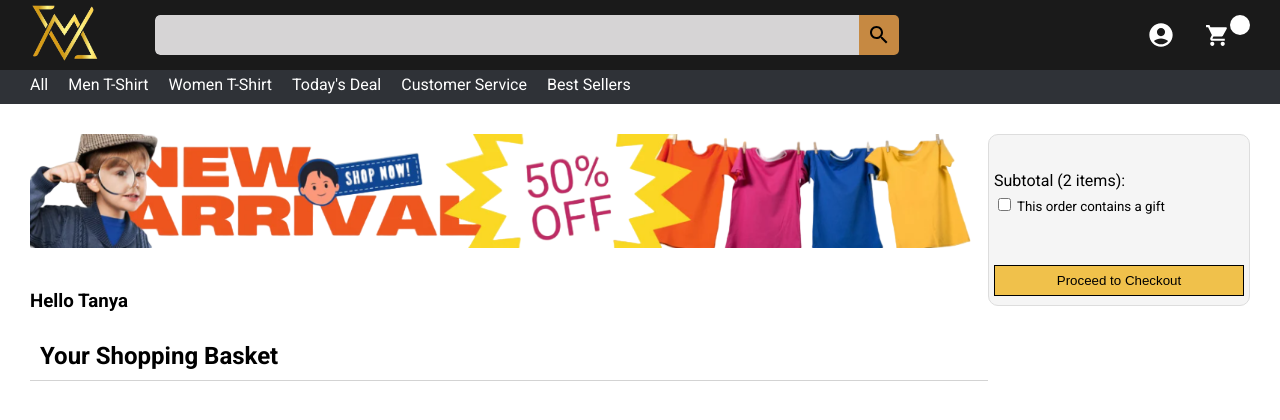
Repository: RiwanshiSoni/MatraVastra
Page: /cart
An editor plug-in stored every save of this project. The page is shown before and after the next save, followed by the edit.
The browser window is 1280 px wide. The pictures show the whole page.
The page's requests for data from a server got no answer. The project was rebuilt for these pictures with package versions that can differ from the ones it lists, and the page was loaded fresh each time. No one was signed in, and anything a server would have sent is missing. Also part of the build but not shown: vite.config.js, src/Product.jsx, src/Login.jsx, src/Slider.jsx, src/SignUp.jsx, src/css/banner.css, src/Banner.jsx.

Above is the page before, as saved 2024-08-29 19:57:30.

### index.html
<!doctype html>
<html lang="en">
  <head>
    <meta charset="UTF-8" />
    <link rel="icon" type="image" href="./logo004.jpg" />
    <meta name="viewport" content="width=device-width, initial-scale=1.0" />
    <meta name="theme-color" content="#000000"/>
    <meta name="description" content="Web site created using create-react-app"  />

    <title>MatraVastra</title>
  </head>
  <body>
    <div id="root"></div>
    <script type="module" src="/src/main.jsx"></script>
  </body>
</html>

### src/main.jsx
import { StrictMode } from 'react'
import { createRoot } from 'react-dom/client'
import App from './App.jsx'
import './index.css'

createRoot(document.getElementById('root')).render(
  <StrictMode>
    <App />

  </StrictMode>
)

### src/App.jsx
import { BrowserRouter as Router, Routes, Route } from 'react-router-dom';
import Header from "./Header";
import Product from "./Product";
import ShoppingCart from './ShoppingCart';
import SignUp from './SignUp';
import Login from './Login'
import Banner from "./Banner";
import './App.css';
import commerce from './lib/commerce';
import { useEffect, useState } from 'react';
import { Switch } from '@mui/material';


function App() {
  const [productsList, setProductsList] = useState([]);
  const [cart, setCart] = useState(1);


const fetchProducts = async()=>{
  const response = await commerce.products.list()
  setProductsList(response.data)
}
const fetchCart = async()=>{
setCart(await commerce.cart.retrieve())
}


const addToCart = async(productId,  quantity)=>{
  console.log('addTocart Started ')
  const response = await commerce.cart.add(productId, quantity)
  console.log(response);
  // console.log(response.cart);
  setCart(cart+1)
}


useEffect(() => {
  fetchProducts();
  fetchCart();
  // Fetch the cart initially
}, []);

  return (
    <Router>
      <div className='App'>
        <Header cart={cart} />

        <Routes>
          <Route
            exact
            path="/"
            element={
              <>
                <div className='banner'>
                  <Banner />
                </div>
                <Product productsList = {productsList}  addToCart = {addToCart}
                />

              </>
            }
          />
          <Route
            exact
            path='/cart'
            element={<ShoppingCart   cart={cart}  />}
          />
          <Route
            exact
            path='/signup'
            element={<SignUp />}
          />
          {/* <Route
            exact
            path='/login'
            element={<Login />}
          /> */}
        </Routes>
      </div>
    </Router>
  );
}

export default App;

### src/index.css

body{
    margin: 0;
}

/* code{
    font-family: source-code-pro, Menlo, Manaco, Consolas, 'Courier New', monospace;
} */


/* .banner img{
    width: 100%;
} */

### src/Header.jsx
import React from 'react';
import { Link } from 'react-router-dom';
import "./css/Header.css";
import Logo from './logo04.jpg'; // Correct file path
import SearchIcon from '@mui/icons-material/Search';
import ShoppingCartIcon from '@mui/icons-material/ShoppingCart';
import AccountCircleIcon from '@mui/icons-material/AccountCircle';

function Header({cart}) {
  return (
    <>
    <div className="header">
      <div className="header_top">
      <Link to="/">
        <img src={Logo} alt="Logo" className='header__logo' />
      </Link>
      <div className='header__search'>
        <input type="search" name="search" id="searchBar" />
        <SearchIcon className='searchIcon' />
      </div>
      <div className='header__nav'>

        <div className='signup'>
          <Link to="/signup">
            <AccountCircleIcon style={{ fontSize: 28 }} className='signup' />
          </Link>
        </div>
        <div className='header__optionBasket'>
          <Link to="/cart">
            <ShoppingCartIcon style={{ fontSize: 25 }} className='cart' />
            <span>

             {cart.total_items}

            </span>
          </Link>

        </div>

      </div>
      </div>

      <div className='header__bottom'>
        <ul>
          <li>All</li>
          <li>Men T-Shirt</li>
          <li>Women T-Shirt</li>
          <li>Today's Deal</li>
          <li>Customer Service</li>
          <li>Best Sellers</li>
        </ul>
      </div>
    </div>
    </>
  );
}

export default Header;

### src/ShoppingCart.jsx
import React from "react";
import Leaderboard from "./leaderboard00.png";
import CheckoutProductImg from "./p2.png";
import "./css/shopping.css";

function ShoppingCart({ cart }) {
  console.log(cart);
  return (
    <div className="checkout">
      <div className="checkout_left">
        <img src={Leaderboard} className="checkout_ad" alt="Leaderboard Ad" />
        <div>
          <h3 className="h3">Hello Tanya</h3>
          <h2 className="checkout_title">Your Shopping Basket</h2>

          {cart?.line_items?.map((item) => {
            // console.log(cart); // Check the structure of cart before rendering

            return (
              <div className="checkoutProduct" key={item.id}>
                <img
                  src={item.image.source}
                  className="checkoutProduct_img"
                  alt="Product"
                />
                <div className="checkoutProduct_info">
                  <p className="checkoutProduct_title">{item.name}</p>
                  <p className="checkoutProduct_price">
                    <strong>
                      {item.price.formatted_with_symbol} * {item.quantity} = ₹{" "}
                      {(item.price.raw * item.quantity).toFixed(2)}
                    </strong>
                  </p>
                  <button>Remove From Basket</button>
                </div>
              </div>
            );
          })}

          {/* <div className="checkoutProduct">
            <img src={CheckoutProductImg} className="checkoutProduct_img" alt="Product" />
            <div className="checkoutProduct_info">
              <p className='checkoutProduct_title'>Product Name</p>
              <p className='checkoutProduct_price'>
                <strong>₹600.00 * 1 = ₹ 600</strong>
              </p>
              <button>Remove From Basket</button>
            </div>
          </div> */}
        </div>
      </div>
      <div className="checkout_right">
        <div className="subtotal">
          <p  className='p'>
            Subtotal (2 items): <strong>{cart.total_items}</strong>


          </p>
          <small className="subtotal_gift">
            <input type="checkbox"/> This order contains a gift
          </small>

        <div className="subtotalButton">
          <button className='proceedToCheckOutButton'>Proceed to Checkout</button>
          </div>
        </div>
      </div>
    </div>
  );
}

export default ShoppingCart;

// ***************************************************************

// import React from 'react';
// import Leaderboard from "./leaderboard00.png";
// import './css/shopping.css';

// function ShoppingCart({cart}) {

//   // Calculate subtotal
//   const calculateSubtotal = () => {
//     return cart?.line_items?.reduce((acc, item) => acc + item.price.raw * item.quantity, 0).toFixed(2);
//   };

//   return (
//     <div className='checkout'>
//       <div className="checkout_left">
//         <img src={Leaderboard} className='checkout_ad' alt="Leaderboard Ad" />
//         <div>
//           <h3 className='h3'>Hello Tanya</h3>
//           <h2 className='checkout_title'>Your Shopping Basket</h2>

//           {/* Rendering the list of products in the cart */}
//           {cart?.line_items?.map(item => (
//             <div className="checkoutProduct" key={item.id}>
//               <img src={item.media.source} className="checkoutProduct_img" alt="Product" />
//               <div className="checkoutProduct_info">
//                 <p className='checkoutProduct_title'>{item.name}</p>
//                 <p className='checkoutProduct_price'>
//                   <strong>{item.price.formatted_with_symbol} x {item.quantity} = ₹{(item.price.raw * item.quantity).toFixed(2)}</strong>
//                 </p>
//                 <button>Remove From Basket</button>
//               </div>
//             </div>
//           ))}
//         </div>
//       </div>
//       <div className="checkout_right">
//         <div className="subtotal">
//           <p className='p'>
//             Subtotal ({cart?.total_items || 0} items):
//             <strong> ₹{calculateSubtotal()}</strong>
//           </p>
//           <small className="subtotal_gift">
//             <input type="checkbox" /> This order contains a gift
//           </small>
//           <div className="subtotalButton">
//             <button className='proceedToCheckOutButton'>Proceed to Checkout</button>
//           </div>
//         </div>
//       </div>
//     </div>
//   );
// }

// export default ShoppingCart;

// ***********************************************************************

// import React from 'react';
// import Leaderboard from "./leaderboard00.png";
// import './css/shopping.css';

// function ShoppingCart({ cart }) {

//   // Calculate subtotal
//   const calculateSubtotal = () => {
//     return cart?.line_items?.reduce((acc, item) => acc + item.price.raw * item.quantity, 0).toFixed(2);
//   };

//   return (
//     <div className='checkout'>
//       <div className="checkout_left">
//         <img src={Leaderboard} className='checkout_ad' alt="Leaderboard Ad" />
//         <div>
//           <h3 className='h3'>Hello Tanya</h3>
//           <h2 className='checkout_title'>Your Shopping Basket</h2>

//           {/* Rendering the list of products in the cart */}
//           {cart?.line_items?.map(item => (
//             <div className="checkoutProduct" key={item.id}>
//               <img src={item.media.source} className="checkoutProduct_img" alt="Product" />
//               <div className="checkoutProduct_info">
//                 <p className='checkoutProduct_title'>{item.name}</p>
//                 <p className='checkoutProduct_price'>
//                   <strong>{item.price.formatted_with_symbol} x {item.quantity} = ₹{(item.price.raw * item.quantity).toFixed(2)}</strong>
//                 </p>
//                 <button>Remove From Basket</button>
//               </div>
//             </div>
//           ))}

//         </div>
//       </div>
//       <div className="checkout_right">
//         <div className="subtotal">
//           <p className='p'>
//             Subtotal ({cart?.total_items || 0} items):
//             <strong> ₹{calculateSubtotal()}</strong>
//           </p>
//           <small className="subtotal_gift">
//             <input type="checkbox" /> This order contains a gift
//           </small>
//           <div className="subtotalButton">
//             <button className='proceedToCheckOutButton'>Proceed to Checkout</button>
//           </div>
//         </div>
//       </div>
//     </div>
//   );
// }

// export default ShoppingCart;

### src/App.css
/* *{
  margin: 0;
} */

/* #root {
  max-width: 1280px;
  margin: 0 auto;
  padding: 2rem;
  text-align: center;
} */






/*
.card {
  padding: 2em;
}

.read-the-docs {
  color: #888;
} */


/* App.css */
/* @import "~slick-carousel/slick/slick.css";
@import "~slick-carousel/slick/slick-theme.css"; */


/* In App.css */
@import url('https://fonts.googleapis.com/css2?family=Roboto:wght@400;700&display=swap');

body {
  font-family: 'Roboto', sans-serif;
}

### src/lib/commerce.jsx
import Commerce from "@chec/commerce.js"


const commerce = new Commerce('pk_test_5811890a63baaaa675b19c7f71a919f5edfd2c42fc45a')

export default commerce

### src/css/header.css

.header__logo{
    width: 90px;
    margin-right: 45px;

}
/* .header{
    height: 70px;
    display: flex;
    align-items: center;
    background-color: #1a1a1a;
    position: sticky;
    top: 0;
    z-index: 100;
    padding: 0px 20px ;
} */
.header_top{
    height: 70px;
    display: flex;
    align-items: center;
    background-color: #1a1a1a;
    position: sticky;
    top: 0;
    z-index: 100;
    padding: 0px 20px ;
}

.header__bottom{
    background-color: #2f3237;

}
.header__bottom ul{
    list-style: none;
    padding: 5px 30px 10px 30px;
    margin: 0;
    display: flex;
    align-items: center;
}

.header__bottom ul li{
    margin-right: 20px;
    color: white;
}

.header__search{
    display: flex;
   width: 60%;
    align-items: center;
    border-radius: 5px;
    overflow: hidden;

}
.header__search input{
flex: 1;
height: 35px;
padding: 20px;
border: 0;
outline: 0;
border-radius: 5px 0 0 5px ;
background-color: #d6d4d5;
}

.searchIcon{
    padding: 8px;
    height: 18px;
    background-color: #c68942;
}

.header__nav{
    display: flex;
    align-items: center;
    justify-content: space-between;
    margin-left: auto;
}
/* .header_option1{
font-size: 10px;
color: white;
}
.header_option2{
    display: block;
    color: white;
    font-size: 13px;
    font-weight: 800;
} */

.signup{
display: flex;
margin-left: 10px;
margin-right: 10px;
font-size: 40px;
color: white;

}

.header__optionBasket{
display: flex;
color: white;
margin-left: 10px;
margin-right: 10px;
}


.header__optionBasket a{
color: #fff;
display: flex;
align-items: center;
text-decoration: none;
}
.header__optionBasket a span{
    margin-top: -20px;
    width: 20px;
    height: 20px;
    display: inline-block;
    color: #000;
    border-radius: 50%;
    background-color: #fff;
    text-align: center;
    font-size: 14px;
    font-weight: bold;
}


.header__bottom ul li img{
    width: 250px;
}

.cart{
    color: white;
}

### src/css/product.css
.products_wrap{
    display: grid;
    place-items: center;
    grid-template-columns: auto auto auto auto;
    margin-top: 100px;

}
.products_wrap .product{
    background-color: #fffcfc;
    padding: 10px;
    margin: 0px 5%;
    width: 70%;
    z-index: 1;
text-align: center;
box-shadow: 0px 0px 15px rgba(0, 0, 0, 0.635);
margin-bottom: 30px;
border-radius: 5px;
}

.products_wrap .product img{
max-width: 100%;
height: 300px;
width: 100%;
border-radius: 5px;
object-fit: cover;
object-position: top;
}

.products_wrap .product p{
    color: #cd9042;
    margin: 0px;
    margin-bottom: 10px;
}

.products_wrap .product button{
    background: #cd9042;
    border: 0px;
    outline: 0px;
    cursor: pointer;
    padding: 10px 20px ;
    border-radius: 20px;
    font-weight: bold;
    color: white;
}

body{
    background-color: #ffffff;
}

### src/css/shopping.css

.checkout{
    display: flex;
    padding: 30px;
    /* padding-right: 0px; */

}

.checkout_ad{
width: 100%;
margin-bottom: 20px;


}

.checkout_title{
    padding: 10px;
    border-bottom: 1px solid lightgray;

}

.checkoutProduct{
    display: flex;
    margin-top: 20px;
    margin-bottom: 20px;
    border-bottom: 1px solid #ccc;
    padding-bottom: 20px;
}
.checkoutProduct img{
    width: 180px;
    height: 180px;
    object-fit: contain;
}
.checkoutProduct_info{
    padding-left: 20px;
}
.checkoutProduct_title{
    font-size: 17px;
    font-weight: 800;
}

.checkoutProduct_price{
    margin: 20px 0px ;
}
.checkoutProduct_info button{
    background-color: #f0c14b;
    border: 1px solid;
    padding: 5px 20px ;
    border-radius: 20px;
    cursor: pointer;
}

.checkout_right{
    display: flex;
    flex-direction: column;
    justify-content: space-between;
    width: 300px;
   height: 100px;
   padding: 20px 5px 50px 5px;


   /* margin-left: auto; */
   background-color: hsl(0, 0%, 96%);
   border: 1px solid#ddd;
   border-radius: 10px;
   position: sticky;
   align-items: center;

}

.checkout_right button{
    background-color: #f0c14b;
    border: 1px solid;
    padding: 7px 20px ;

    cursor: pointer;
}


.p{
    margin-bottom: 5px;
}

.subtotalButton{
    margin-top: 50px;
}
.proceedToCheckOutButton{

    width: 250px;

}

/*
.h3{
    margin-top: auto;
margin-bottom: auto;
}

h2{
    margin: auto;
} */

After the next save:
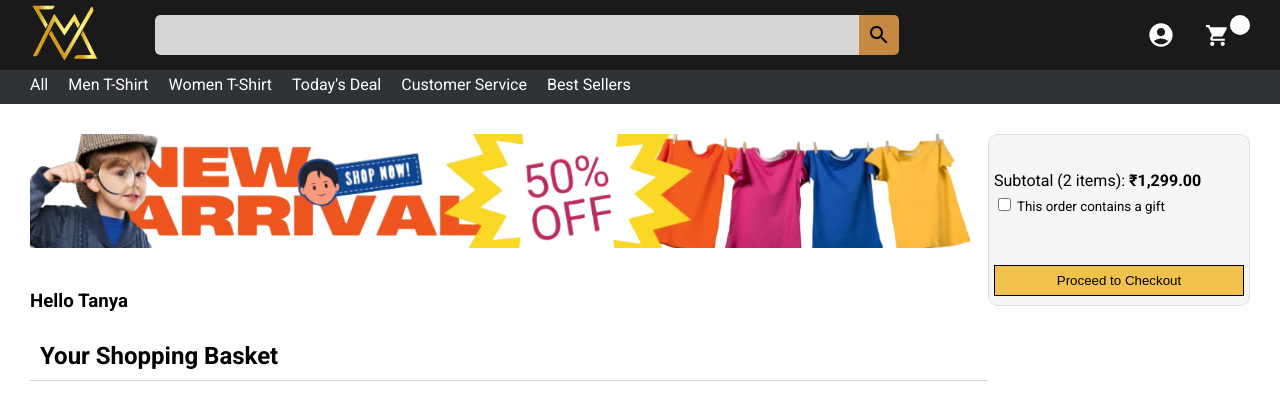
Saved 68 s later.
--- a/src/ShoppingCart.jsx
+++ b/src/ShoppingCart.jsx
@@ -52,7 +52,7 @@
       <div className="checkout_right">
         <div className="subtotal">
           <p  className='p'>
-            Subtotal (2 items): <strong>{cart.total_items}</strong>
+            Subtotal (2 items): <strong>₹1,299.00</strong>
 
 
           </p>
